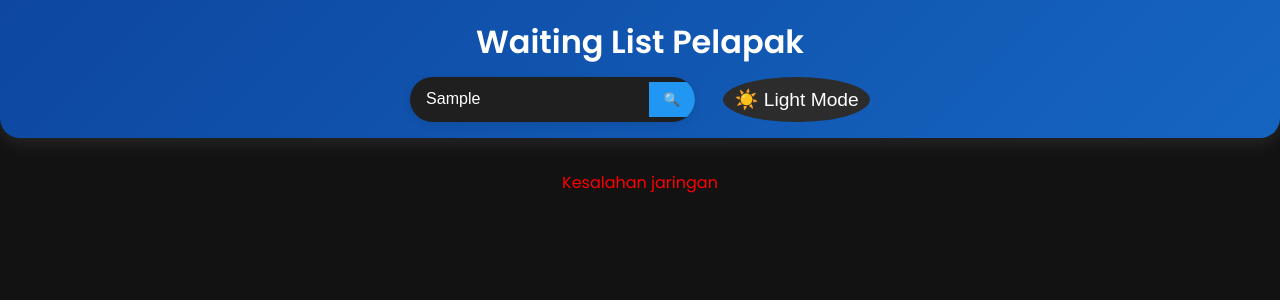
Repository: pasarrakyatbak/WaitingListforPanitia
Page: index.html
An editor plug-in stored every save of this project. The page is shown before and after a run of saves, followed by the edit.
The browser window is 1280 px wide. The pictures show the whole page.
Empty fields were first filled with sample values (such as "Sample", 5 or name@example.com).
After loading, the first visible `#darkSwitch` was clicked once.
The page's requests for data from a server got no answer.

Above is the page before, as saved 2025-09-25 16:43:53.

After the next 2 saves:
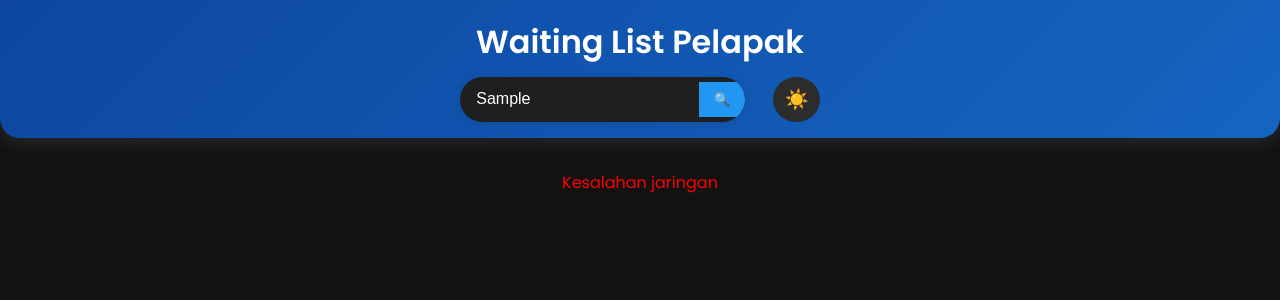
The 2 saves are shown as one change because they came seconds apart.
The last was saved 9 s later.
--- a/script.js
+++ b/script.js
@@ -234,11 +234,15 @@ function triggerSearch() {
 }
 
 // Dark mode
-if (localStorage.getItem("darkMode") === "true") document.body.classList.add("dark");
+if (localStorage.getItem("darkMode") === "true") {
+    document.body.classList.add("dark");
+    darkSwitch.classList.add("active"); // tampilkan icon matahari
+}
+
 darkSwitch.addEventListener("click", () => {
     const isDark = document.body.classList.toggle("dark");
     localStorage.setItem("darkMode", isDark);
-    darkSwitch.textContent = isDark ? "☀️ Light Mode" : "🌙 Dark Mode";
+    darkSwitch.classList.toggle("active", isDark);
 });
 
 // Load awal
